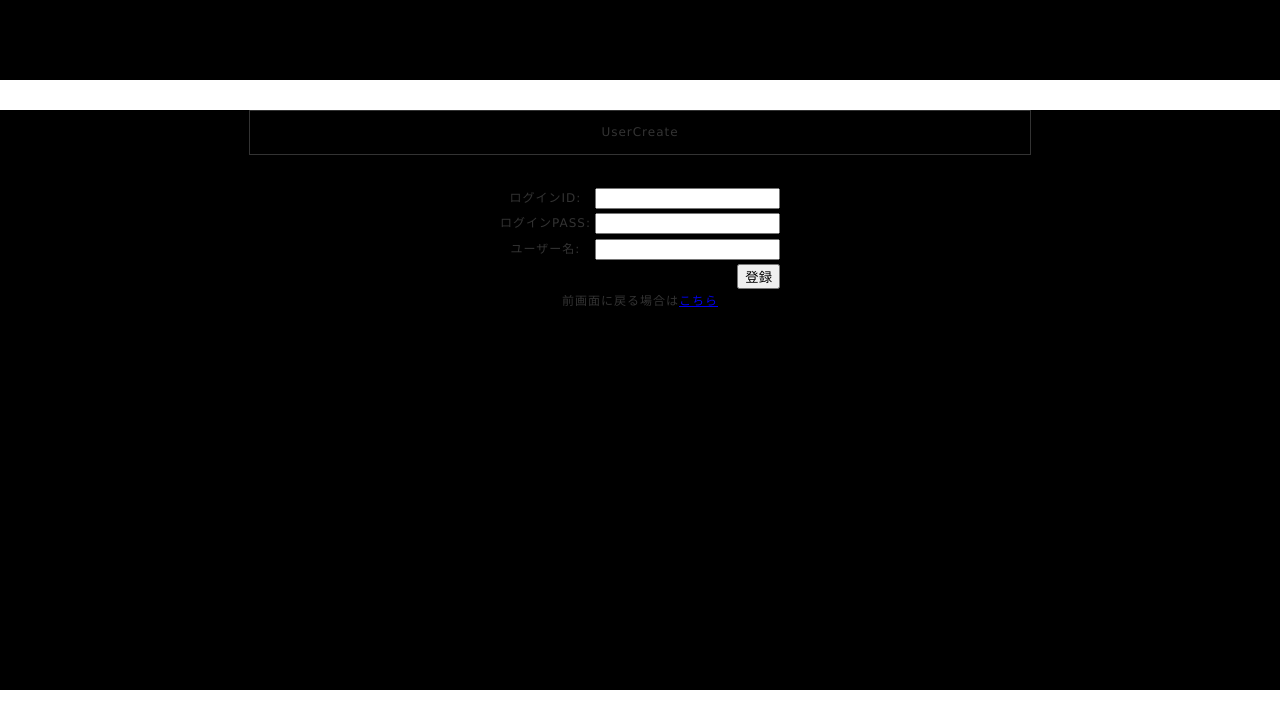
Repository: Sato718/backup
Page: http://localhost/template2/userCreate.jsp
The author's editor kept a copy of each file at every save. The page is drawn from the files as they stood at one save, then again after the next save.
The browser window is 1280 px wide. The pictures show the whole page.
The page is served by Tomcat 9. Other server files are loaded and not shown.

Above is the page before, as saved 2017-12-21 02:18:27.

### template2/WebContent/userCreate.jsp
<%@ page language="java" contentType="text/html; charset=UTF-8"
	pageEncoding="UTF-8"%>
<%@ taglib prefix="s" uri="/struts-tags" %>

<!DOCTYPE html>
<html>
<head>
	<meta http-equiv="Content-Type" content="text/html; charset=utf-8" />
	<meta http-equiv="Content-Style-Type" content="text/css" />
	<meta http-equiv="Content-Script-Type" content="text/javascript" />
	<meta http-equiv="imagetoolbar" content="no" />
	<meta name="description" content="" />
	<meta name="keywords" content="" />
	<meta charset="utf-8">
	<title>UserCreate画面</title>
	<style type="text/css">
		/* ========TAG LAYOUT======== */
		body {
			margin:0;
			padding:0;
			line-height:1.6;
			letter-spacing:1px;
			font-family:Verdana,Helvetica,sans-serif;
			font-size:12px;
			color:#333;
			background:#fff;
		}

		table {
			text-align:center;
			margin:0 auto;
		}

		/* ========ID LAYOUT======== */
		#top {
			width:780px;
			margin:30px auto;
			border:1px solid #333;
		}

		#header {
			width: 100%;
			height: 80px;
			background-color: black;
		}

		#main {
			width: 100%;
			height: 80px;
			background-color: black;
		}

		#main {
			width: 100%;
			height: 500px;
			text-align: center;
		}

		#footer {
			width: 100%;
			height: 80px;
			background-color: black;
			clear:both;
		}
	</style>
</head>
<body>
	<div id="header">
		<div id="pr">
		</div>
	</div>
	<div id="main">
		<div id="top">
			<p>UserCreate</p>
		</div>
		<div>
			<s:if test="errorMessage != ''">
				<s:property value="errorMessage" escape="false" />
			</s:if>
			<table>
			<s:form action="UserCreateConfirmAction">
				<tr>
					<td>
						<label>ログインID:</label>
					</td>
					<td>
						<input type="text" name="loginUserId" value="" />
					</td>
				</tr>
				<tr>
					<td>
						<label>ログインPASS:</label>
					</td>
					<td>
						<input type="text" name="loginPassword" value="" />
					</td>
				</tr>
				<tr>
					<td>
						<label>ユーザー名:</label>
					</td>
					<td>
						<input type="text" name="userName" value="" />
					</td>
				</tr>
				<s:submit value="登録"/>
			</s:form>
			</table>
			<div>
				<span>前画面に戻る場合は</span><a href='<s:url action="HomeAction" />'>こちら</a>
			</div>
		</div>
	</div>
		<div id="footer">
		<div id="pr">
		</div>
	</div>
</body>
</html>

After the next save:
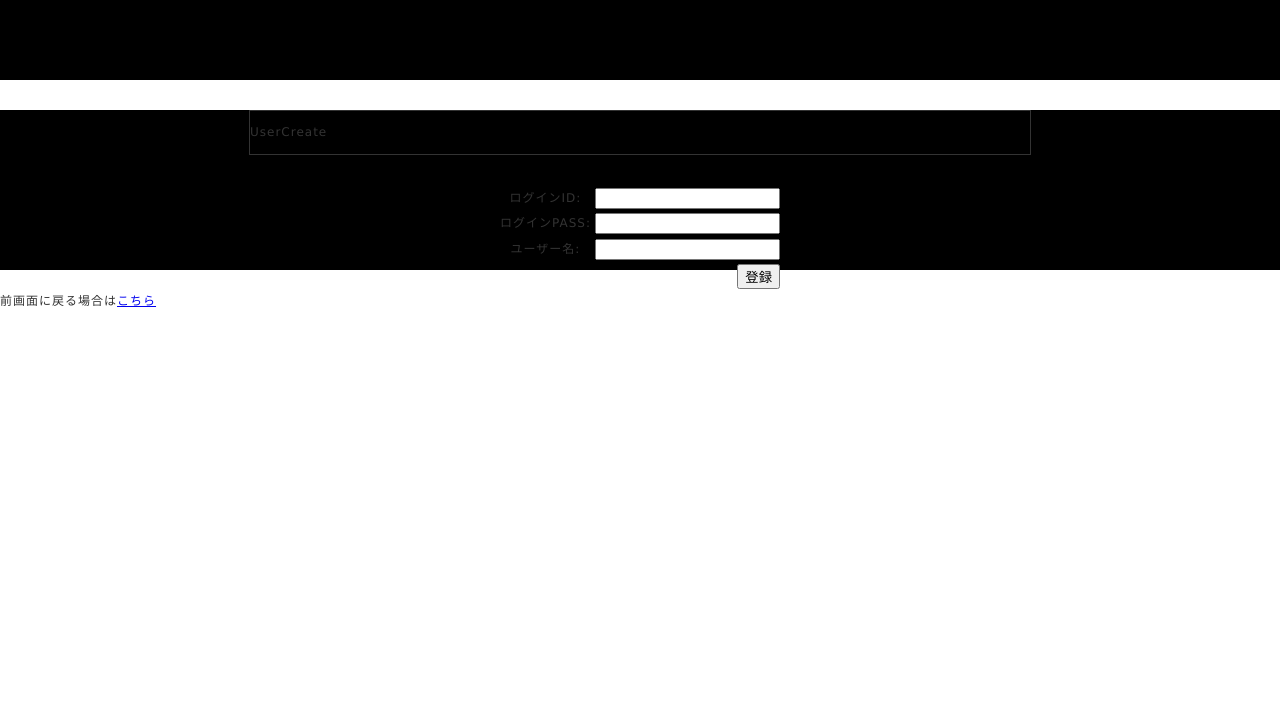
Saved 91 s later.
--- a/template2/WebContent/userCreate.jsp
+++ b/template2/WebContent/userCreate.jsp
@@ -48,12 +48,6 @@
 			width: 100%;
 			height: 80px;
 			background-color: black;
-		}
-
-		#main {
-			width: 100%;
-			height: 500px;
-			text-align: center;
 		}
 
 		#footer {
